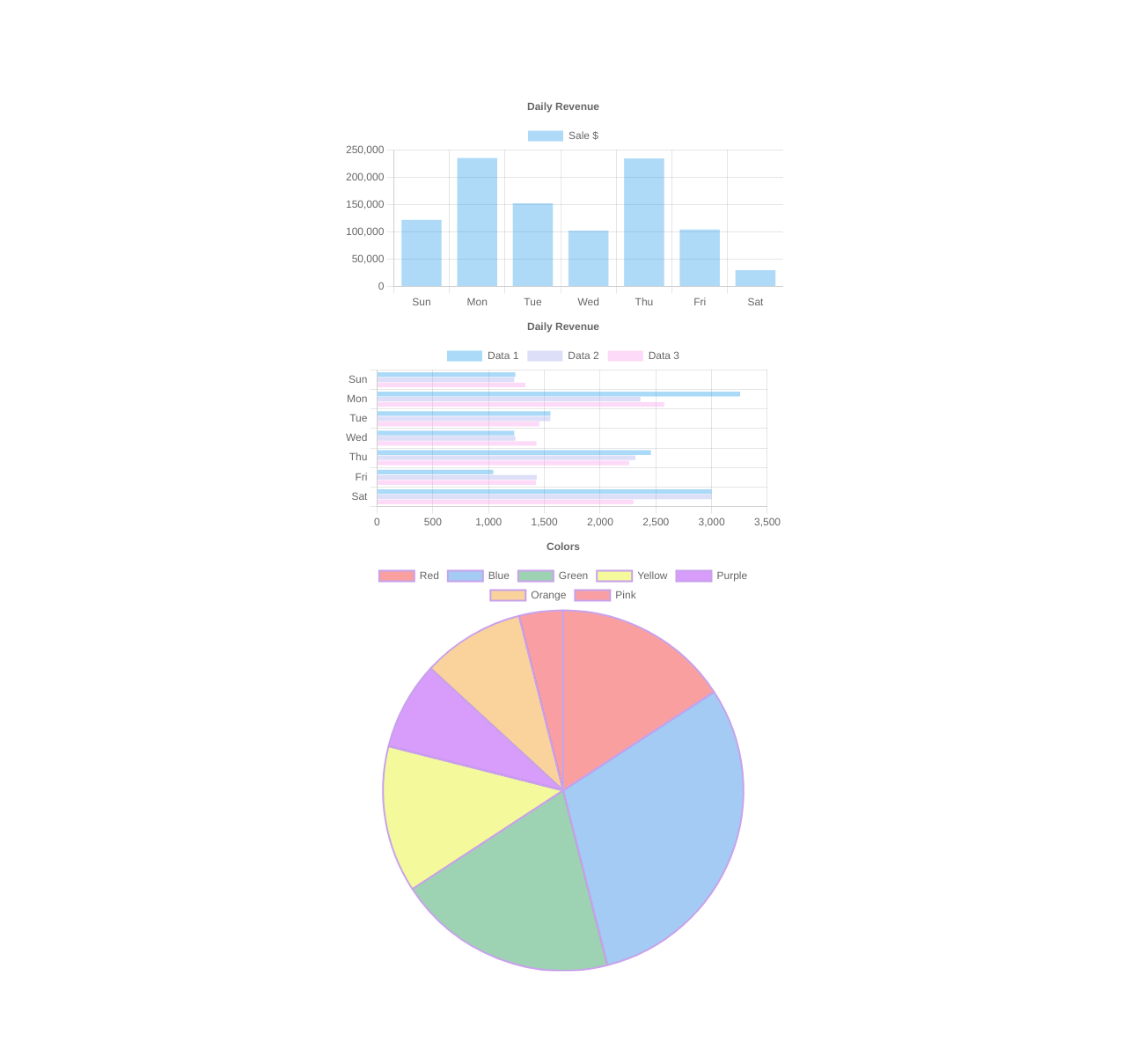
Repository: k8ANStar/exercise-5
Page: /
These files come from the project's save history. The page is drawn as it stood at one moment and after a run of saves; the edit follows.
The browser window is 1280 px wide. The pictures show the whole page, at 88% of full size.
The project was rebuilt for these pictures with package versions that can differ from the ones it lists, and the page was loaded fresh each time. The framework's server and built-in components were replaced by stand-ins that run in the browser. Also part of the build but not shown: next.config.mjs.

Above is the page before, as saved 2024-04-15 10:45:52.

After the next 3 saves:
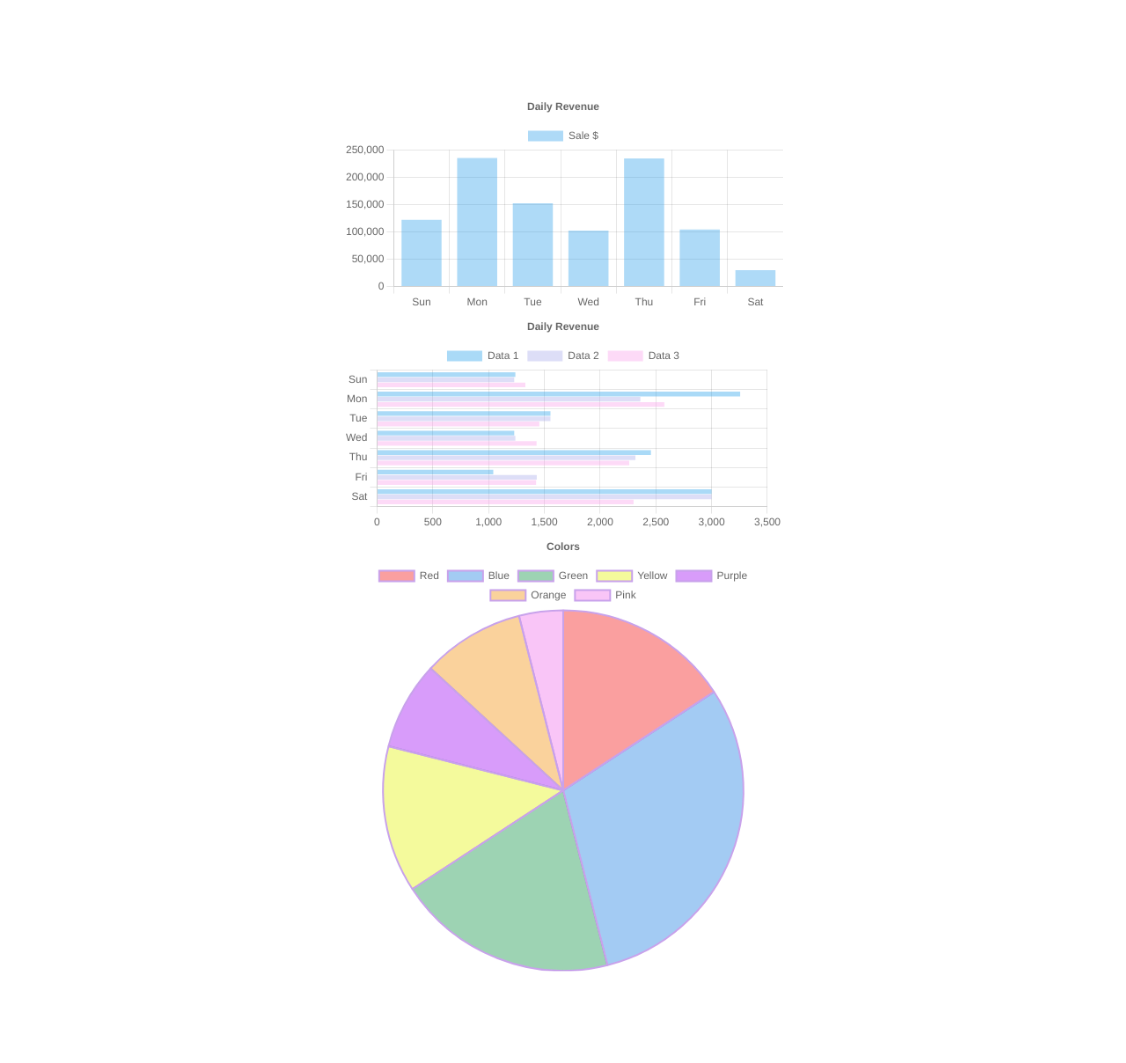
The 3 saves are shown as one change because they came seconds apart.
The last was saved 8 s later.
--- a/components/PieChart/index.js
+++ b/components/PieChart/index.js
@@ -33,7 +33,7 @@ export default function PieChart() {
 						"rgb(228, 243, 9, 0.4)",
 						"rgb(157, 9, 243, 0.4)",
 						"rgb(243, 142, 9, 0.4)",
-						"rgb(240, 16, 25, 0.4)",
+						"rgb(240, 111, 236, 0.4)",
 					],
 				},
 			],
